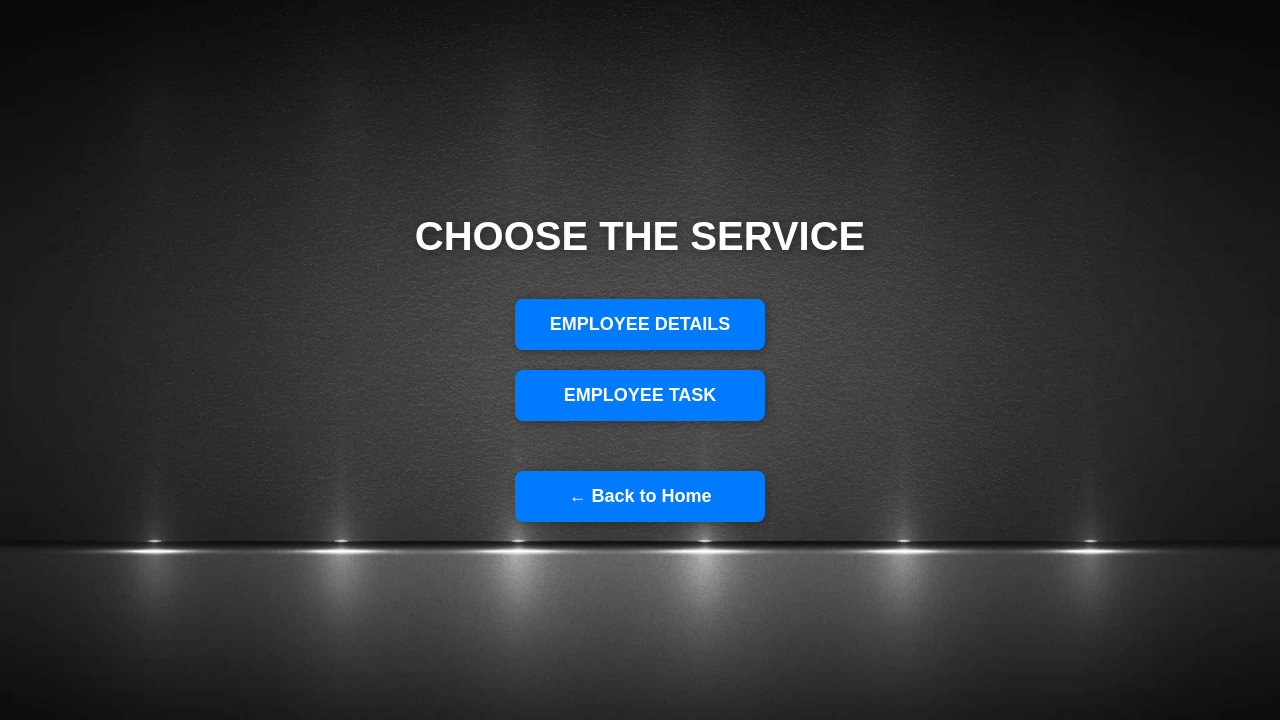
Repository: siva-shankar-2004/EmployeeManagementSystem
Page: src/main/resources/static/choice.html
These files come from the project's save history. The page is drawn as it stood at one moment and after the next save; the edit follows.
The browser window is 1280 px wide. The pictures show the whole page.

Above is the page before, as saved 2025-04-04 21:52:29.

### src/main/resources/static/choice.html
<!DOCTYPE html>
<html lang="en">
<head>
    <meta charset="UTF-8">
    <meta name="viewport" content="width=device-width, initial-scale=1.0">
    <title>Employee Management</title>
    <style>
        body {
            font-family: 'Arial', sans-serif;
            margin: 0;
            padding: 0;
            background: url("ogbackground.jpg") no-repeat center center fixed;
            background-size: cover;
            color: white;
            display: flex;
            flex-direction: column;
            align-items: center;
            justify-content: center;
            height: 100vh;
        }

        h1 {
            margin-bottom: 30px;
            font-size: 2.5em;
            text-shadow: 2px 2px 10px rgba(0, 0, 0, 0.4);
        }

        .employee-btn {
            width: 250px;
            padding: 15px;
            margin: 10px;
            font-size: 18px;
            text-align: center;
            font-weight: bold;
            background: #007bff;
            color: white;
            border: none;
            border-radius: 8px;
            cursor: pointer;
            transition: 0.3s;
            box-shadow: 2px 2px 10px rgba(0, 0, 0, 0.3);
        }

        .employee-btn:hover {
            background: #0056b3;
        }
        .back-home-btn {
            position: fixed;
            bottom: 20px;
            left: 50%;
            transform: translateX(-50%);
            width: 200px;
            padding: 12px;
            font-size: 16px;
            font-weight: bold;
            background-color: #007bff;
            color: white;
            border: none;
            border-radius: 8px;
            cursor: pointer;
            z-index: 1000;
            box-shadow: 2px 2px 12px rgba(0, 0, 0, 0.3);
            transition: background-color 0.3s;
        }

.back-home-btn:hover {
    background-color: #0056b3;
}

    </style>
</head>

<body>

    <h1>CHOOSE THE SERVICE</h1>

    <!-- Navigation Buttons -->
    <button class="employee-btn" onclick="location.href='employeDetails.html'">EMPLOYEE DETAILS</button>
    <button class="employee-btn" onclick="location.href='employetask.html'">EMPLOYEE TASK</button>
    <body>
        <!-- Your existing content like table, form etc. -->

        <!-- Back to Home button -->
        <div style="margin-top: 30px;">
            <button class="employee-btn" onclick="location.href='index.html'">← Back to Home</button>
        </div>
    </body>


</body>
</html>

After the next save:
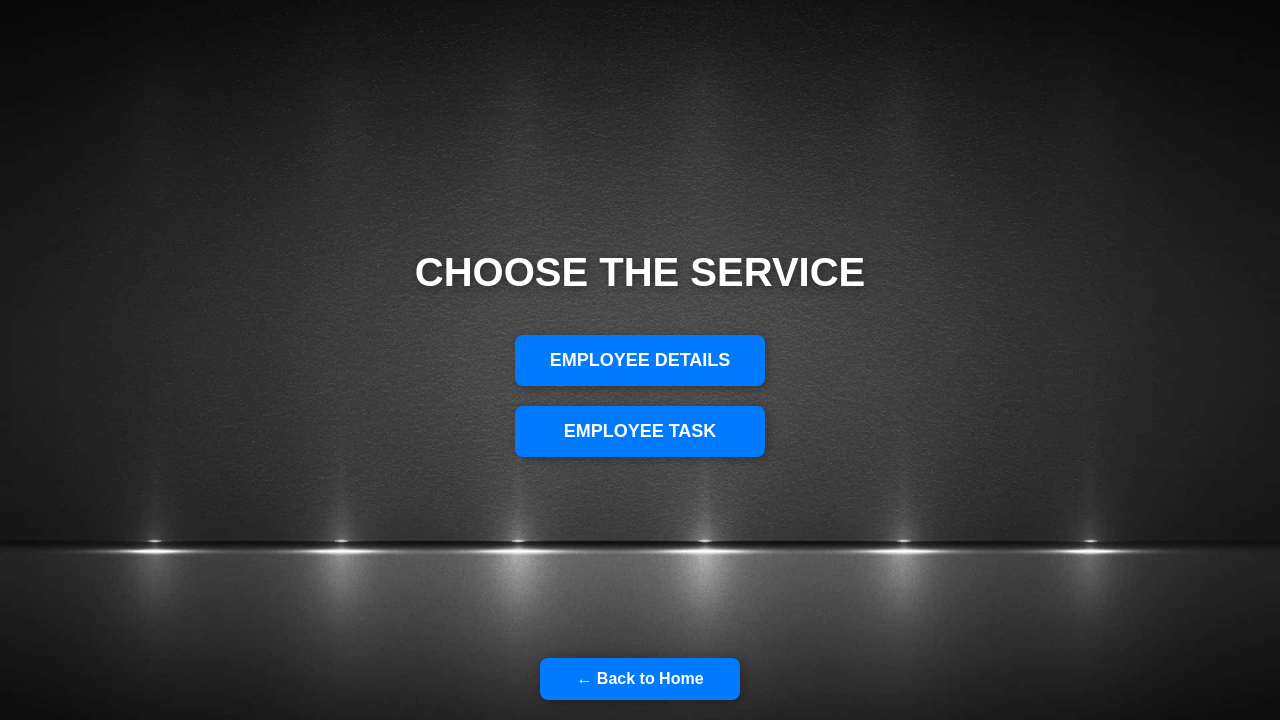
Saved 14 s later.
--- a/src/main/resources/static/choice.html
+++ b/src/main/resources/static/choice.html
@@ -82,7 +82,7 @@
 
         <!-- Back to Home button -->
         <div style="margin-top: 30px;">
-            <button class="employee-btn" onclick="location.href='index.html'">← Back to Home</button>
+            <button class="back-home-btn" onclick="location.href='index.html'">← Back to Home</button>
         </div>
     </body>
 
